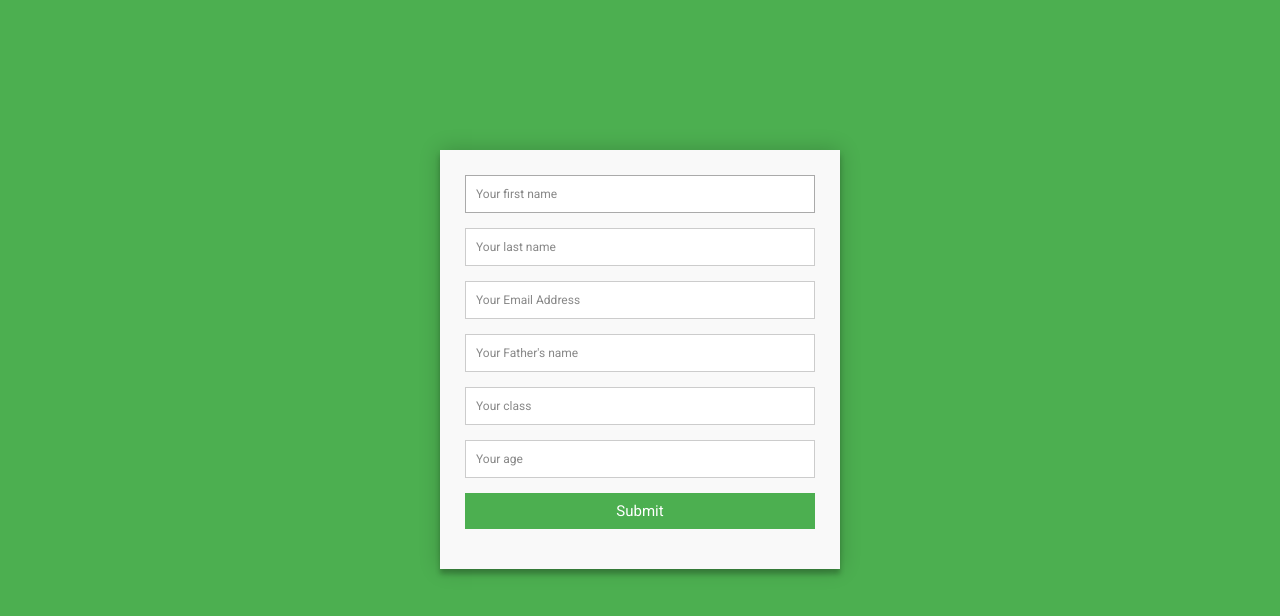
Repository: meta-pranjal-agrawal/software_fundamentals
Page: EAD/ead_assignment2/EADSession3/WebContent/Index.html
An editor plug-in stored every save of this project. The page is shown before and after the next save, followed by the edit.
The browser window is 1280 px wide. The pictures show the whole page.

Above is the page before, as saved 2020-02-02 08:20:16.

After the next save:
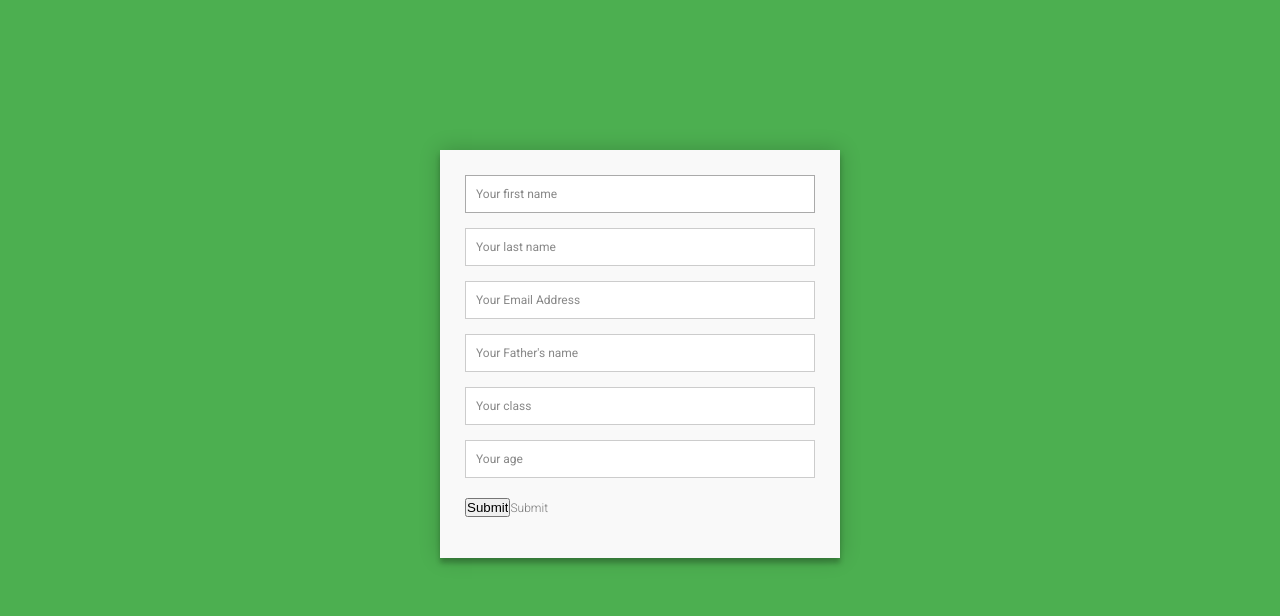
Saved 3 min 7 s later.
--- a/EAD/ead_assignment2/EADSession3/WebContent/Index.html
+++ b/EAD/ead_assignment2/EADSession3/WebContent/Index.html
@@ -175,7 +175,7 @@ fieldset {
    </fieldset>
 
    <fieldset>
-     <button name="submit" type="submit" id="contact-submit" data-submit="...Sending">Submit</button>
+     <input name="submit" type="submit" id="contact-submit" data-submit="...Sending">Submit</button>
    </fieldset>
 
  </form>
